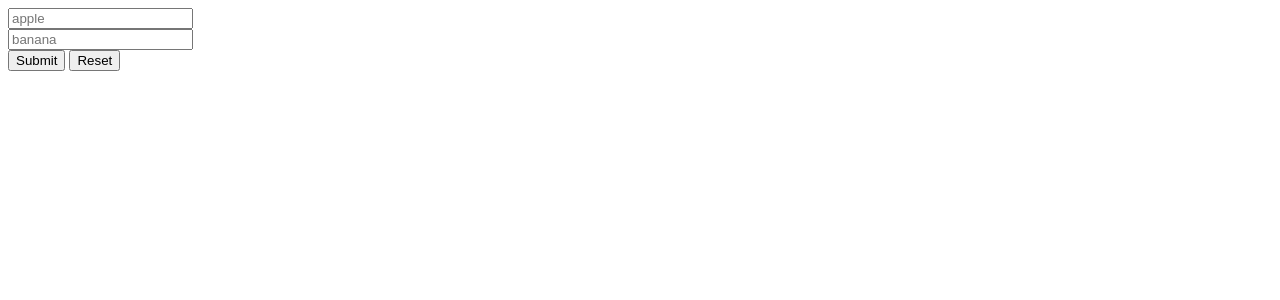
Repository: djdh94/jsp_practice
Page: http://localhost/JSPBasic/jspObject/1.requests/req_param_send.jsp
These files come from the project's save history. The page is drawn as it stood at one moment and after the next save; the edit follows.
The browser window is 1280 px wide. The pictures show the whole page.
The page is served by Tomcat 9. Other server files are loaded and not shown.

Above is the page before, as saved 2022-02-03 05:30:32.

### JSPBasic/src/main/webapp/jspObject/1.requests/req_param_send.jsp
	<%@ page language="java" contentType="text/html; charset=UTF-8"
    pageEncoding="UTF-8"%>
<!DOCTYPE html>
<html>
<head>
<meta charset="UTF-8">
<title>Insert title here</title>
</head>
<body>
	<form>
	<input type="text" name="apple" placeholder="apple"/><br/>
	<input type="password" name="banana" placeholder="banana"/><br/>
	<input type="submit" />
	<input type="reset" />
	</form>
</body>
</html>

After the next save:
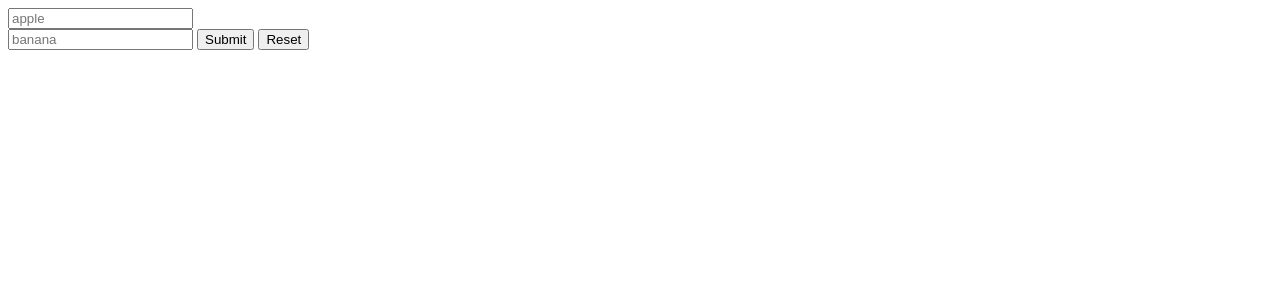
Saved 73 s later.
--- a/JSPBasic/src/main/webapp/jspObject/1.requests/req_param_send.jsp
+++ b/JSPBasic/src/main/webapp/jspObject/1.requests/req_param_send.jsp
@@ -7,9 +7,12 @@
 <title>Insert title here</title>
 </head>
 <body>
-	<form>
+
+<%-- form의 action의 바로 목적지를 적는 부분임.
+웹 개발에서는 받을 페이지 화면의 주소를 적어줌 --%>
+	<form action="" method="get">
 	<input type="text" name="apple" placeholder="apple"/><br/>
-	<input type="password" name="banana" placeholder="banana"/><br/>
+	<input type="password" name="banana" placeholder="banana"/>
 	<input type="submit" />
 	<input type="reset" />
 	</form>
